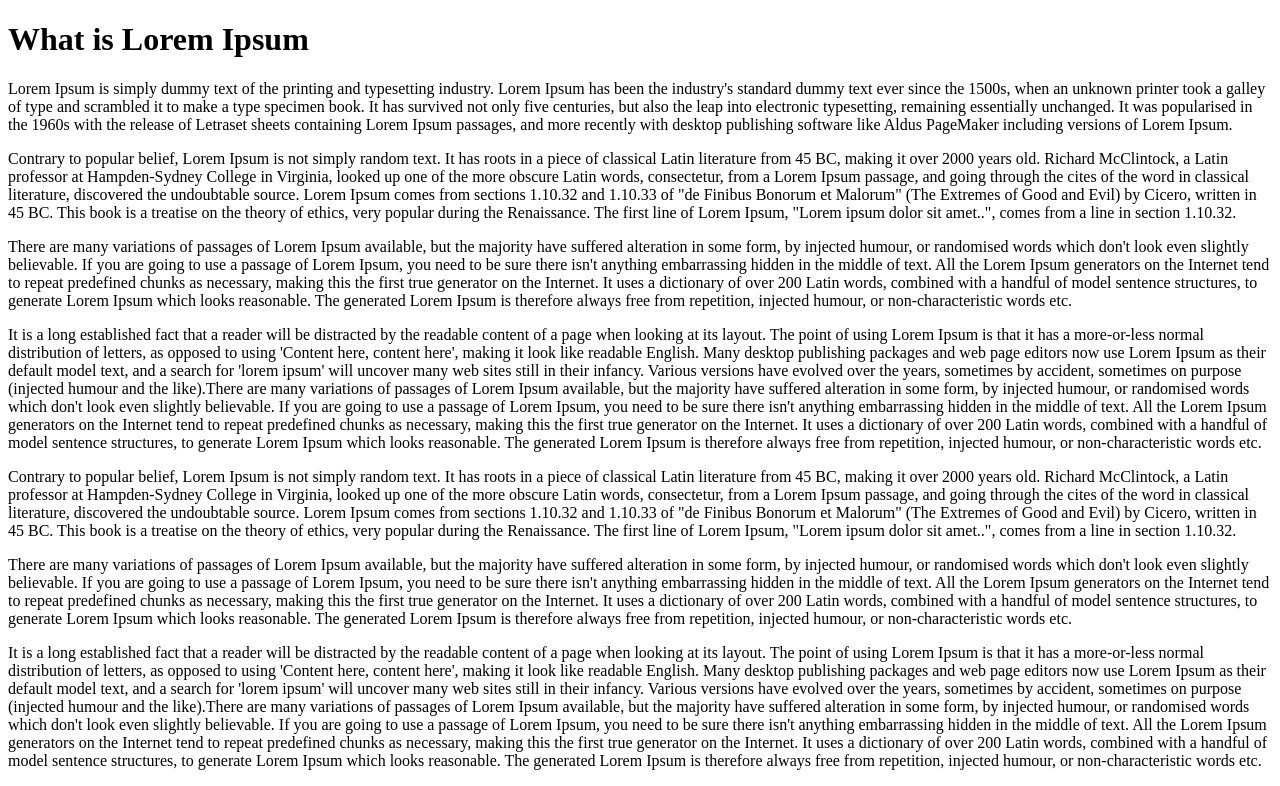
Repository: daeun0220/KB_EDU_JAVA
Page: work03_FrontUI/front02_CSS3/src/main/webapp/css06_background.html
These files come from the project's save history. The page is drawn as it stood at one moment and after the next save; the edit follows.
The browser window is 1280 px wide. The pictures show the whole page.

Above is the page before, as saved 2023-08-08 01:42:19.

After the next save:
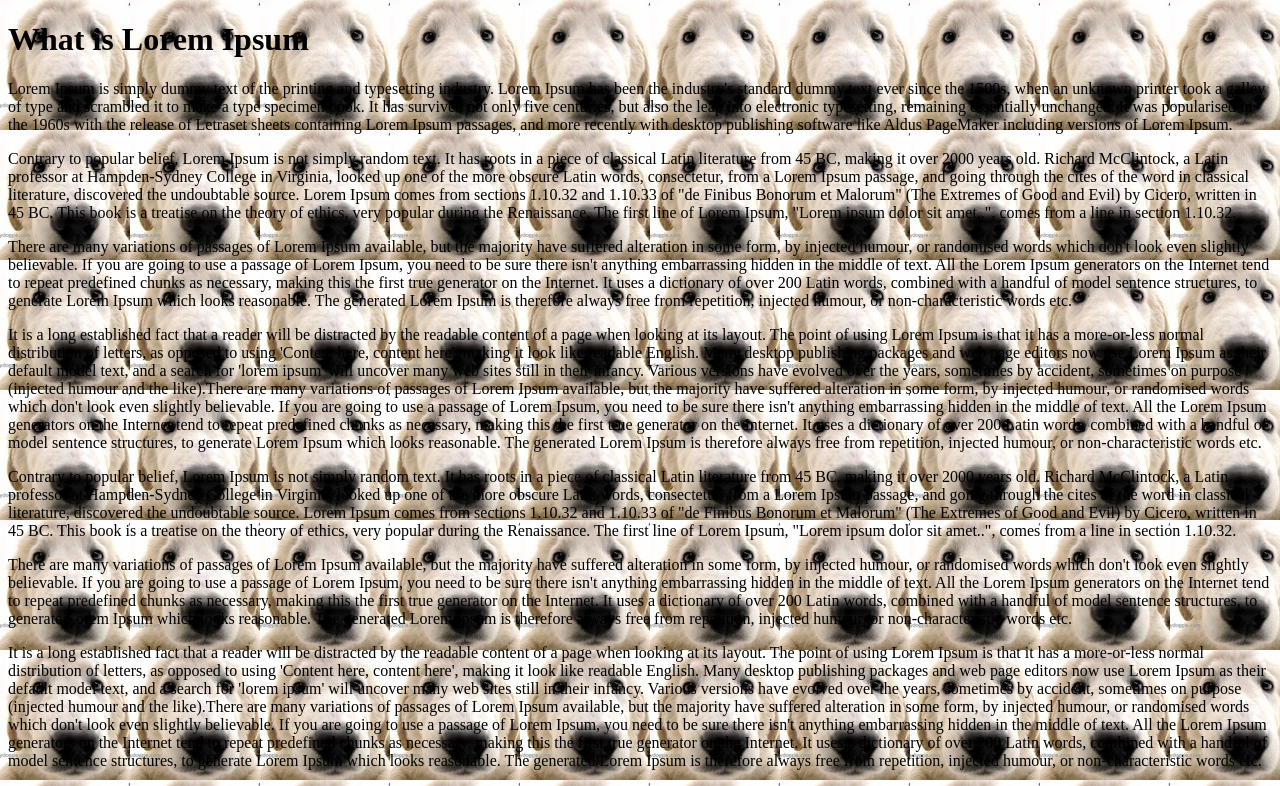
Saved 3 min 52 s later.
--- a/work03_FrontUI/front02_CSS3/src/main/webapp/css06_background.html
+++ b/work03_FrontUI/front02_CSS3/src/main/webapp/css06_background.html
@@ -4,7 +4,9 @@
 <meta charset="UTF-8">
 <title>Insert title here</title>
 <style>
-
+body{
+	background-image: url("./img/dog.jpg");
+}
 </style>
 </head>
 <body>

After the save that followed:
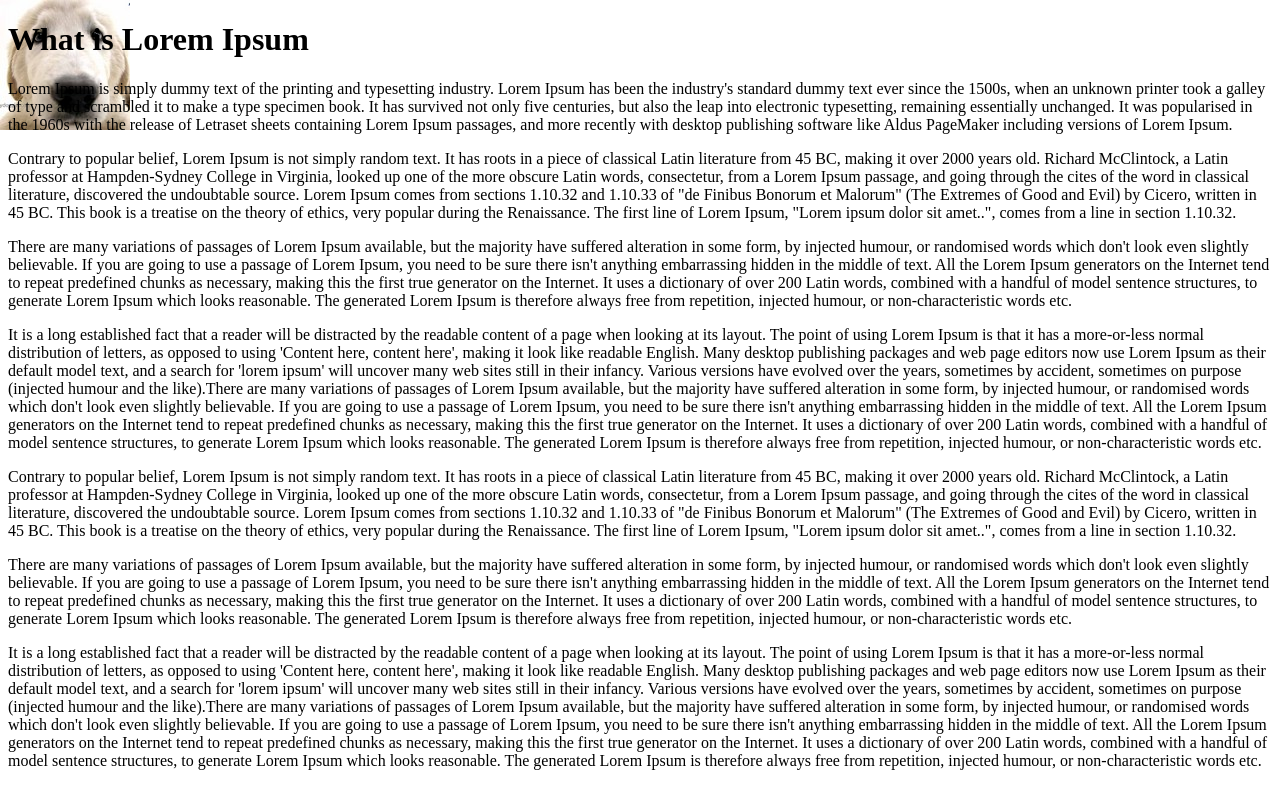
Saved 108 s later.
--- a/work03_FrontUI/front02_CSS3/src/main/webapp/css06_background.html
+++ b/work03_FrontUI/front02_CSS3/src/main/webapp/css06_background.html
@@ -6,6 +6,7 @@
 <style>
 body{
 	background-image: url("./img/dog.jpg");
+	background-repeat: no-repeat;
 }
 </style>
 </head>
